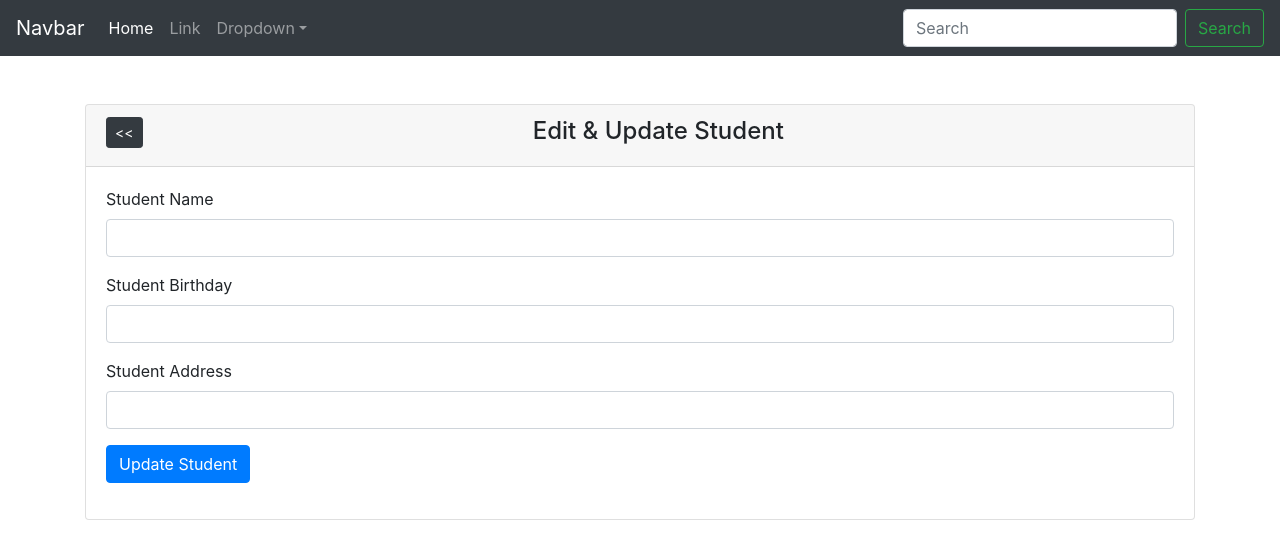
Repository: HungRau/TLU3675-php-laravel
Page: resources/views/student_edit.blade.php
An editor plug-in stored every save of this project. The page is shown before and after the next save, followed by the edit.
The browser window is 1280 px wide. The pictures show the whole page.
The page is served by the project's Laravel application, run on PHP 8.4 with Laravel 9. The template is opened directly, without the code that normally fills it, so the values that code supplies are empty.

Above is the page before, as saved 2022-10-15 18:57:30.

After the next save:
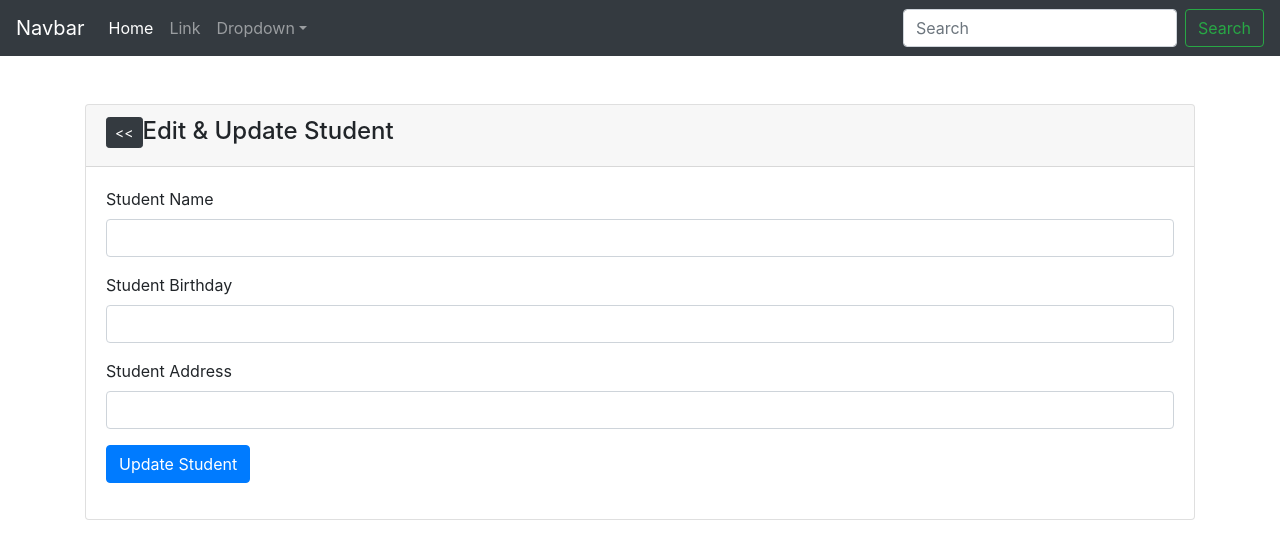
Saved 26 s later.
--- a/resources/views/student_edit.blade.php
+++ b/resources/views/student_edit.blade.php
@@ -48,7 +48,7 @@
               <div class="card">
                   <div class="card-header">
                       <a href="{{ url('student-manage') }}" class="btn btn-dark btn-sm float-left"><<</a>
-                      <h4 class="text-center fw-bold">Edit & Update Student</h4>
+                      <h4 class="text-left fw-bold">Edit & Update Student</h4>
                   </div>
                   <div class="card-body">
                       <form action="{{ url('student-update/'.$students->id) }}" method="POST">

After the save that followed:
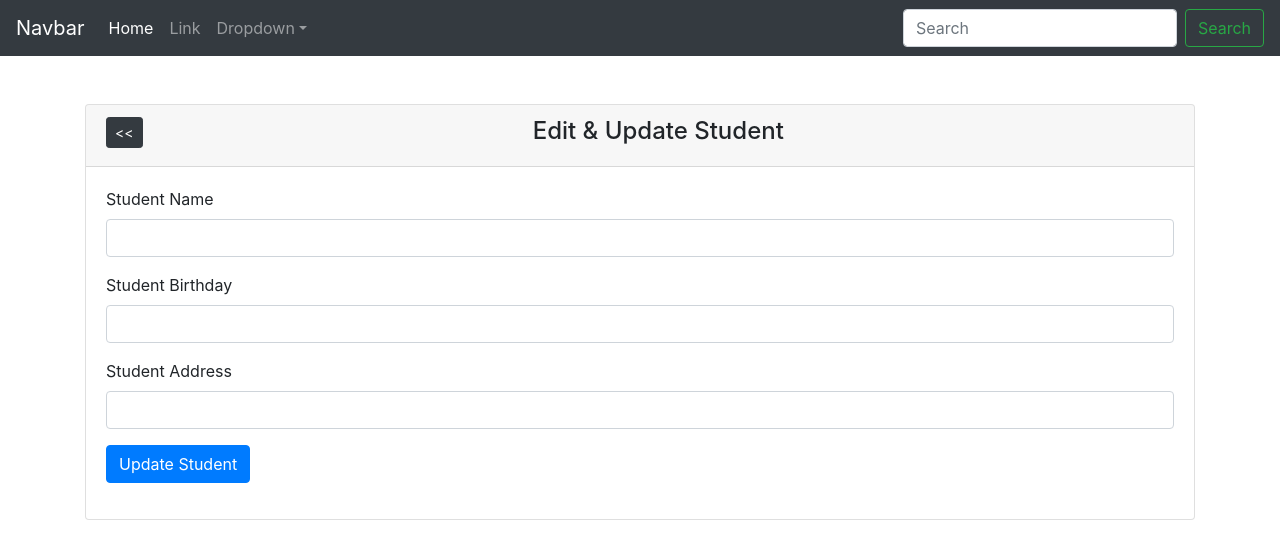
Saved 11 s later.
--- a/resources/views/student_edit.blade.php
+++ b/resources/views/student_edit.blade.php
@@ -48,7 +48,7 @@
               <div class="card">
                   <div class="card-header">
                       <a href="{{ url('student-manage') }}" class="btn btn-dark btn-sm float-left"><<</a>
-                      <h4 class="text-left fw-bold">Edit & Update Student</h4>
+                      <h4 class="text-center fw-bold">Edit & Update Student</h4>
                   </div>
                   <div class="card-body">
                       <form action="{{ url('student-update/'.$students->id) }}" method="POST">
